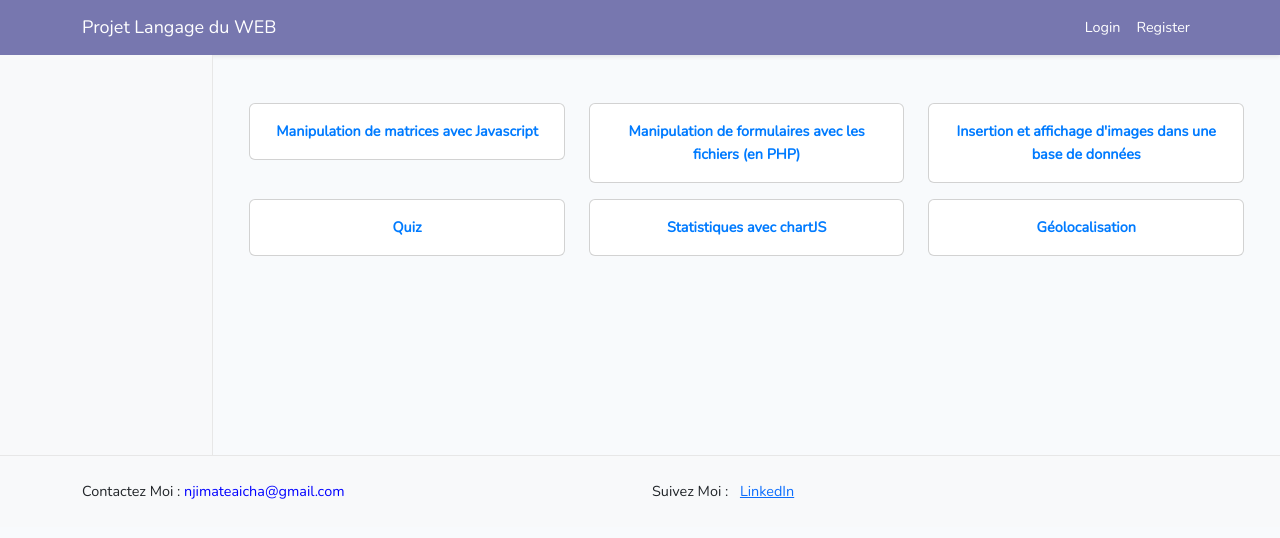
Repository: NjimateAicha/LaravelWeb
Page: http://localhost/projets
The author's editor kept a copy of each file at every save. The page is drawn from the files as they stood at one save, then again after the next save.
The browser window is 1280 px wide. The pictures show the whole page.
Some web libraries are served in a nearby version. The page is served by the project's Laravel application, run on PHP 8.4 with Laravel 9. Style sheets and scripts are compiled from the project's sources, by tool versions that may differ from the author's.

Above is the page before, as saved 2024-05-19 17:02:57.

After the next save:
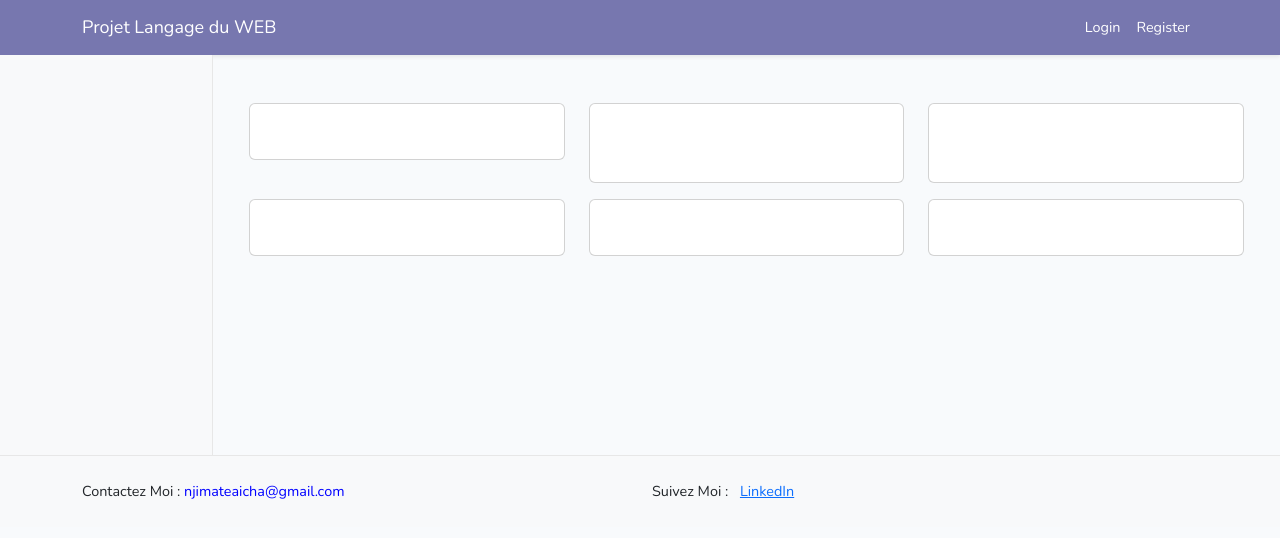
Saved 14 s later.
--- a/resources/views/projets/index.blade.php
+++ b/resources/views/projets/index.blade.php
@@ -68,6 +68,6 @@
     }
 
     .blue-text {
-        color: #007bff; /* Couleur bleue pour le texte */
+        color: ##7777af; /* Couleur bleue pour le texte */
     }
 </style>
